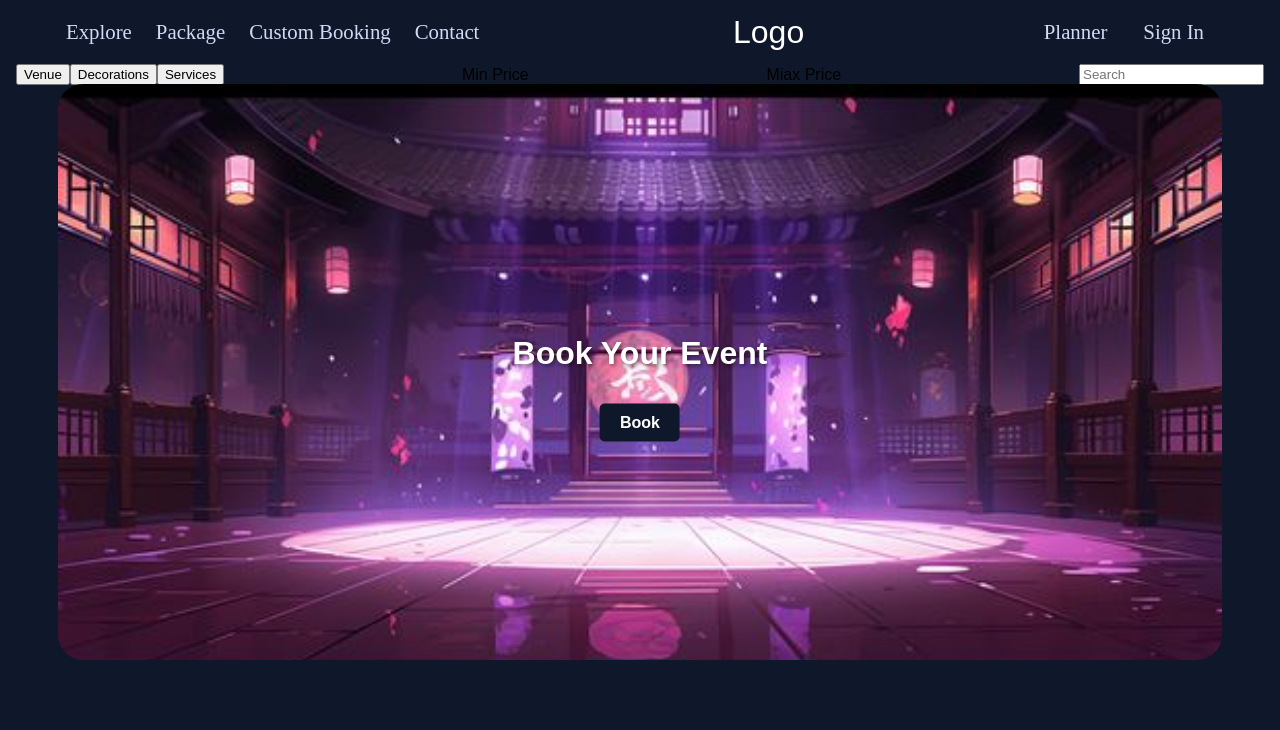
Repository: Demonster-01/Event-Management
Page: / (app in EventOrg/)
These files come from the project's save history. The page is drawn as it stood at one moment and after the next save; the edit follows.
The browser window is 1280 px wide. The pictures show the whole page.
Some web fonts or font styles are not loaded; a fallback is used. The project was rebuilt for these pictures with package versions that can differ from the ones it lists, and the page was loaded fresh each time. Also part of the build but not shown: EventOrg/vite.config.js, EventOrg/src/components/Slideshow.jsx. Imported but missing from the stored project, and not drawn on this page: EventOrg/src/components/components/Filter_service.

Above is the page before, as saved 2024-11-08 20:42:30.

After the next save:
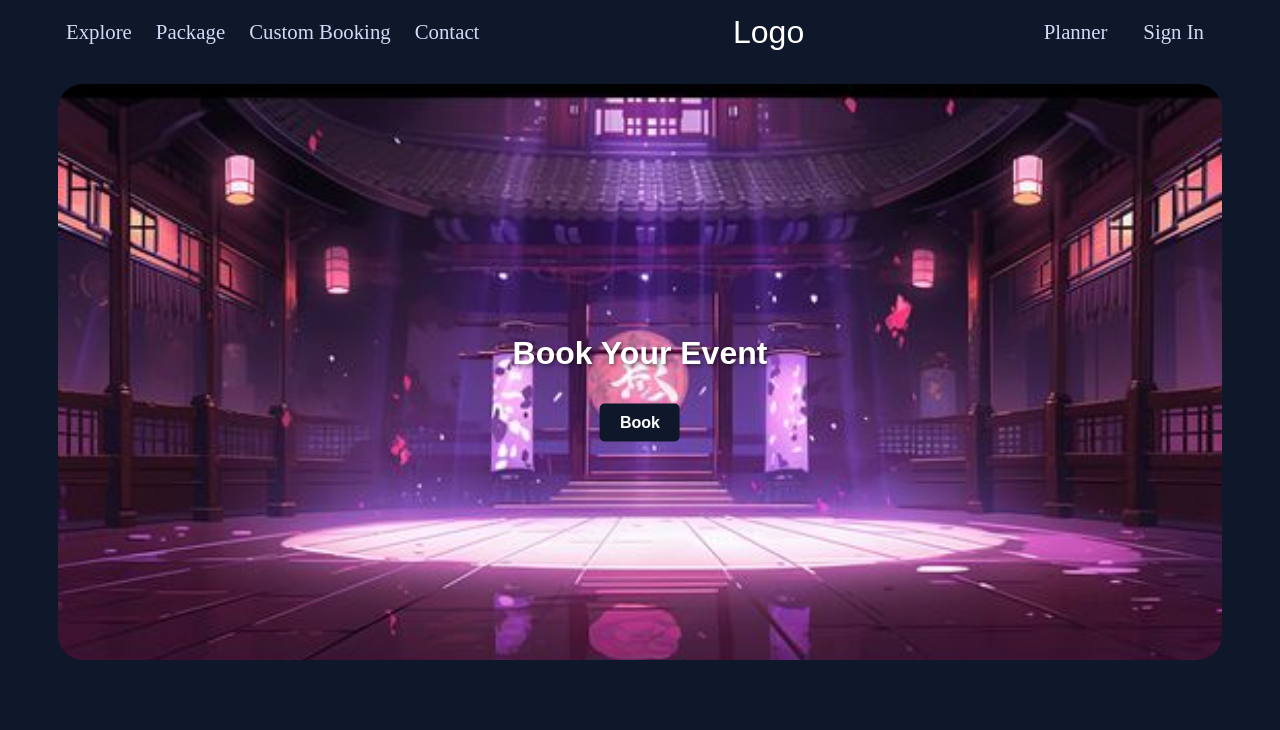
Saved 6 s later.
--- a/EventOrg/src/App.jsx
+++ b/EventOrg/src/App.jsx
@@ -12,7 +12,6 @@
     <div className="App">
       <Nav />
       <Slider />
-      <Filter_service />
 
       {/* <Slideshow /> */}
     </div>
